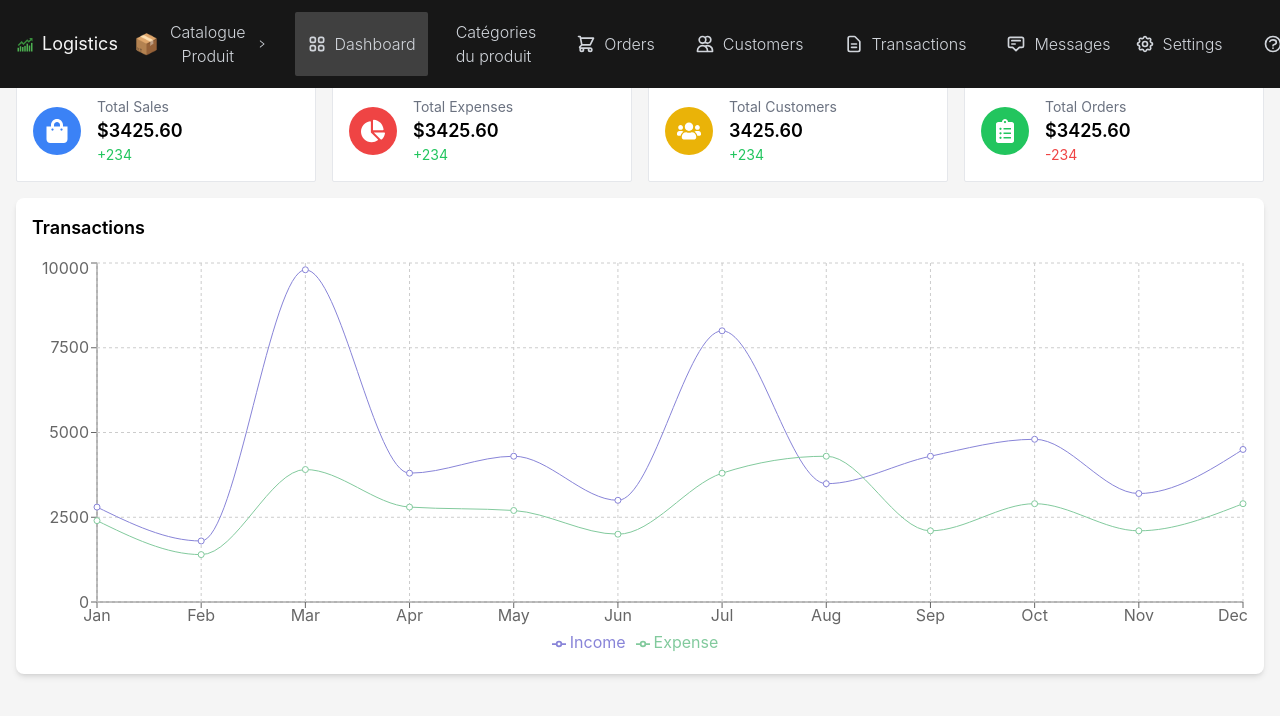
Repository: Mayar2222/Dashboard
Page: /
The author's editor kept a copy of each file at every save. The page is drawn from the files as they stood at one save, then again after a run of saves.
The browser window is 1280 px wide. The pictures show the whole page.
Pictures or frames that could not be fetched are drawn as grey boxes. The project was rebuilt for these pictures with package versions that can differ from the ones it lists, and the page was loaded fresh each time. Also part of the build but not shown: src/components/CatalogueProduits.jsx, src/components/Categories.jsx.

Above is the page before, as saved 2024-07-24 17:01:52.

After the next 3 saves:
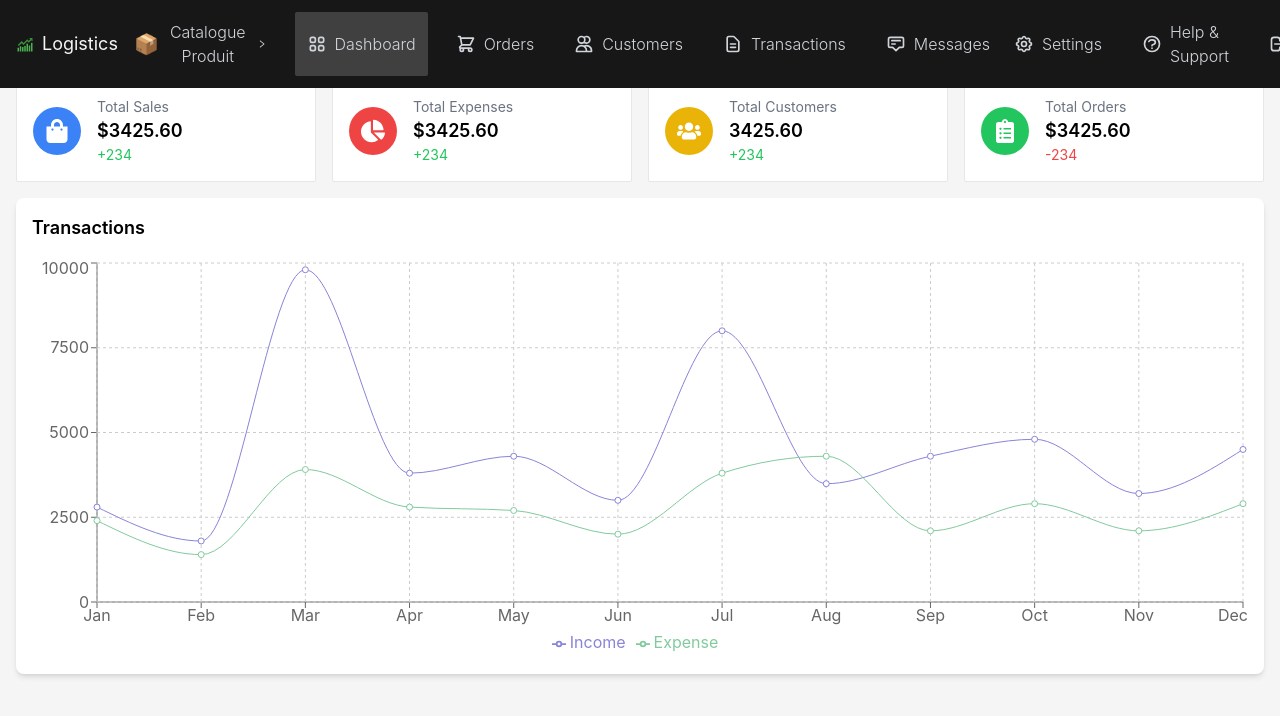
The 3 saves are shown as one change because they came seconds apart.
The last was saved 3 days later.
--- a/src/lib/consts/navigation.jsx
+++ b/src/lib/consts/navigation.jsx
@@ -22,12 +22,7 @@ export const DASHBOARD_SIDEBAR_LINKS = [
 		path: '/CatalogueProduits',
 		icon: <HiOutlineCube />
 	},
-	{
-		key: 'Categories',
-		label: 'Catégories du produit',
-		path: '/Categories',
 
-	},
 	{
 		key: 'orders',
 		label: 'Orders',
